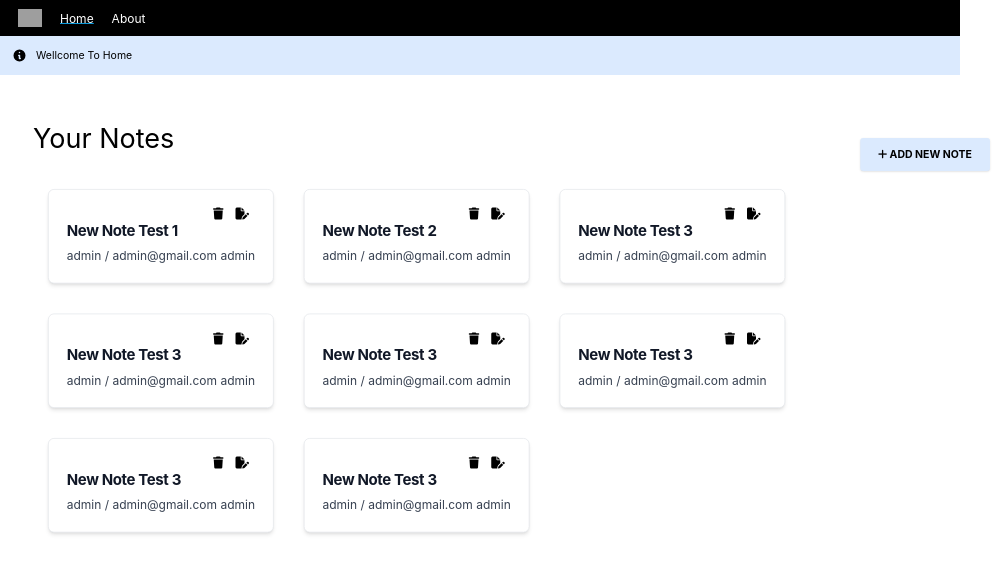
Repository: sonawaneteju4/iNote
Page: /
The author's editor kept a copy of each file at every save. The page is drawn from the files as they stood at one save, then again after a run of saves.
The browser window is 1280 px wide. The page is 1324 px wide, so the pictures cover 1324 px, including what lies to the right of the window. The pictures show the whole page, at 75% of full size.
Pictures or frames that could not be fetched are drawn as grey boxes. Some web libraries are served in a nearby version. The project was rebuilt for these pictures with package versions that can differ from the ones it lists, and the page was loaded fresh each time. Also part of the build but not shown: src/components/AddNote.js, src/components/About.js.

Above is the page before, as saved 2022-10-11 11:00:04.

After the next 2 saves:
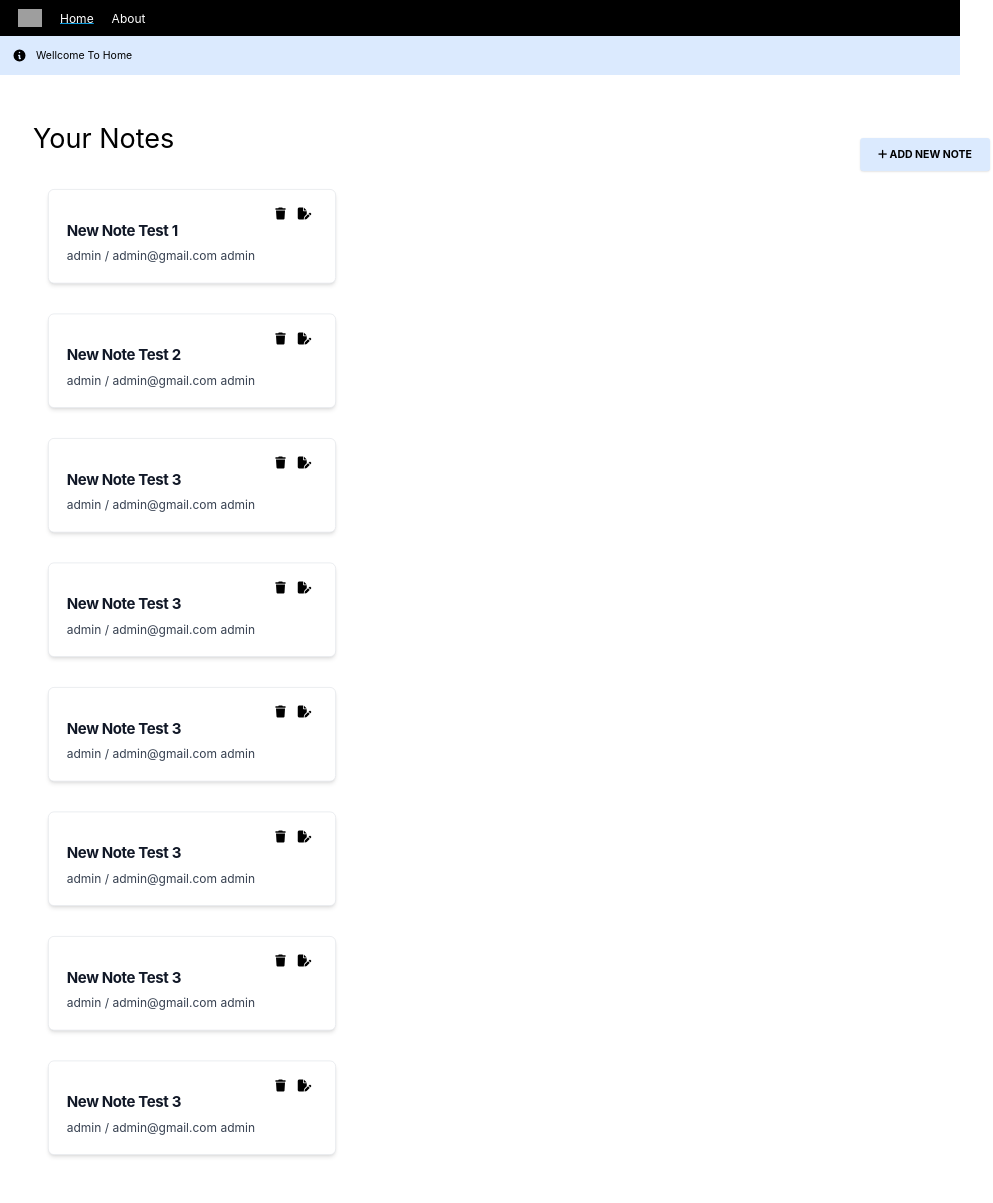
The 2 saves are shown as one change because they came seconds apart.
The last was saved 9 s later.
--- a/src/components/NoteItem.js
+++ b/src/components/NoteItem.js
@@ -7,7 +7,7 @@
   const {deleteNote} = context;
   const { note } = props;
   return (
-    <div className="p-5">
+    <div className="p-5 w-screen">
       <div class="p-6 max-w-sm bg-white rounded-lg border border-gray-200 shadow-md hover:bg-gray-100">
         <div className="flex item-start justify-end">
           <i class="fa-solid fa-trash mx-2" onClick={()=>{deleteNote(note._id)}}></i>

After the save that followed:
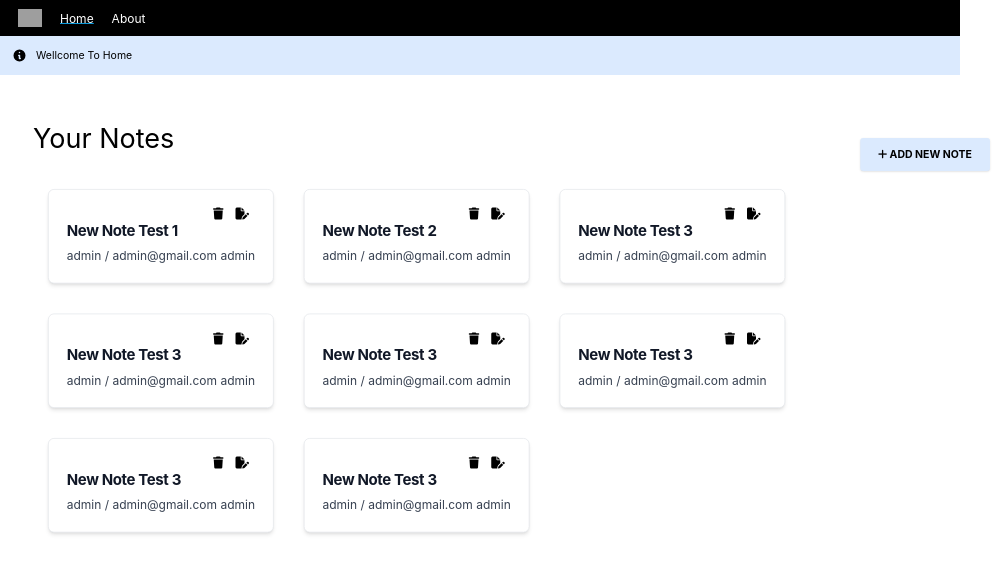
Saved 6 s later.
--- a/src/components/NoteItem.js
+++ b/src/components/NoteItem.js
@@ -7,7 +7,7 @@
   const {deleteNote} = context;
   const { note } = props;
   return (
-    <div className="p-5 w-screen">
+    <div className="p-5">
       <div class="p-6 max-w-sm bg-white rounded-lg border border-gray-200 shadow-md hover:bg-gray-100">
         <div className="flex item-start justify-end">
           <i class="fa-solid fa-trash mx-2" onClick={()=>{deleteNote(note._id)}}></i>
